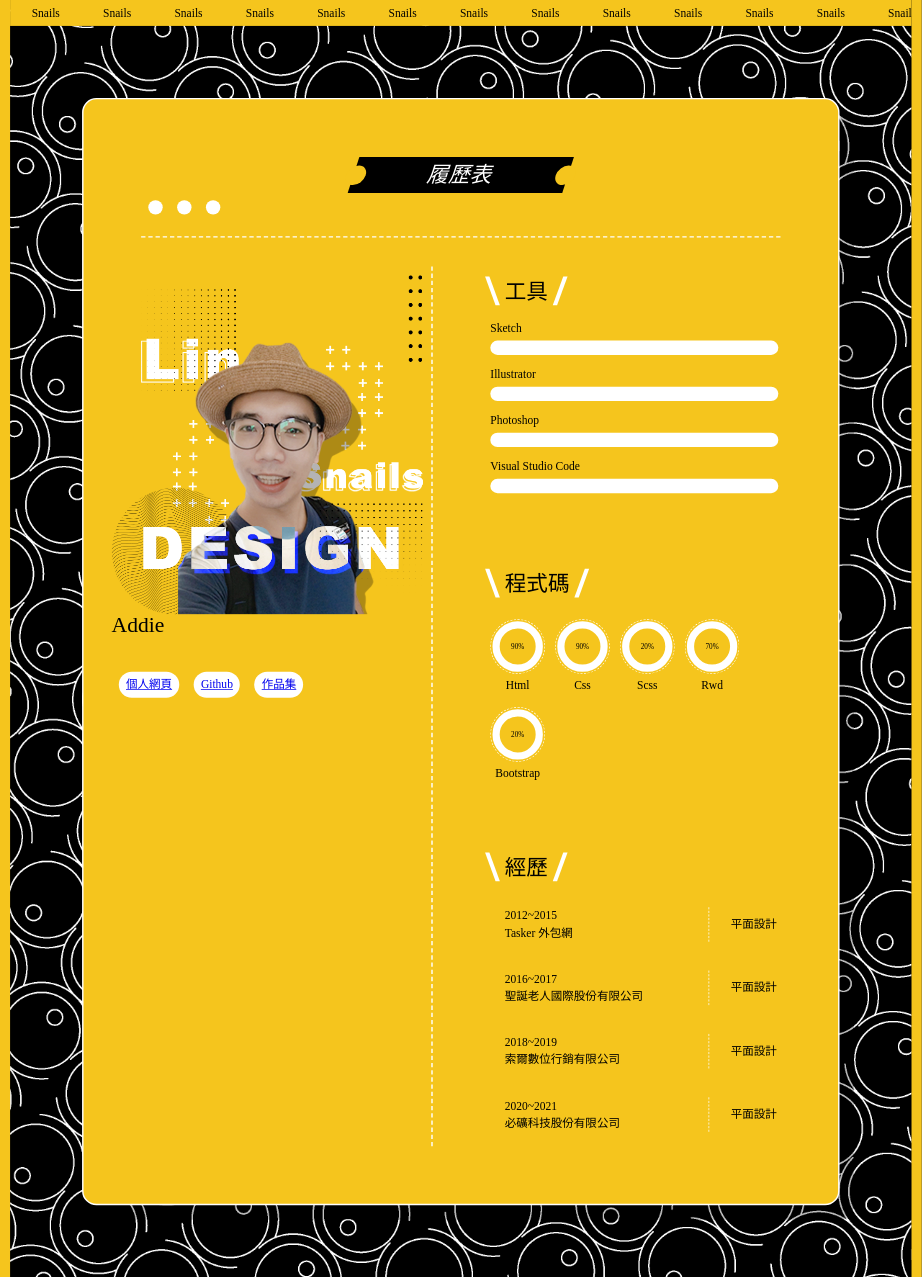
Repository: addie1988/resume
Page: index.html
An editor plug-in stored every save of this project. The page is shown before and after the next save, followed by the edit.
The browser window is 1280 px wide. The pictures show the whole page, at 72% of full size.

Above is the page before, as saved 2021-11-24 11:41:58.
Not found: js/style.js

After the next save:
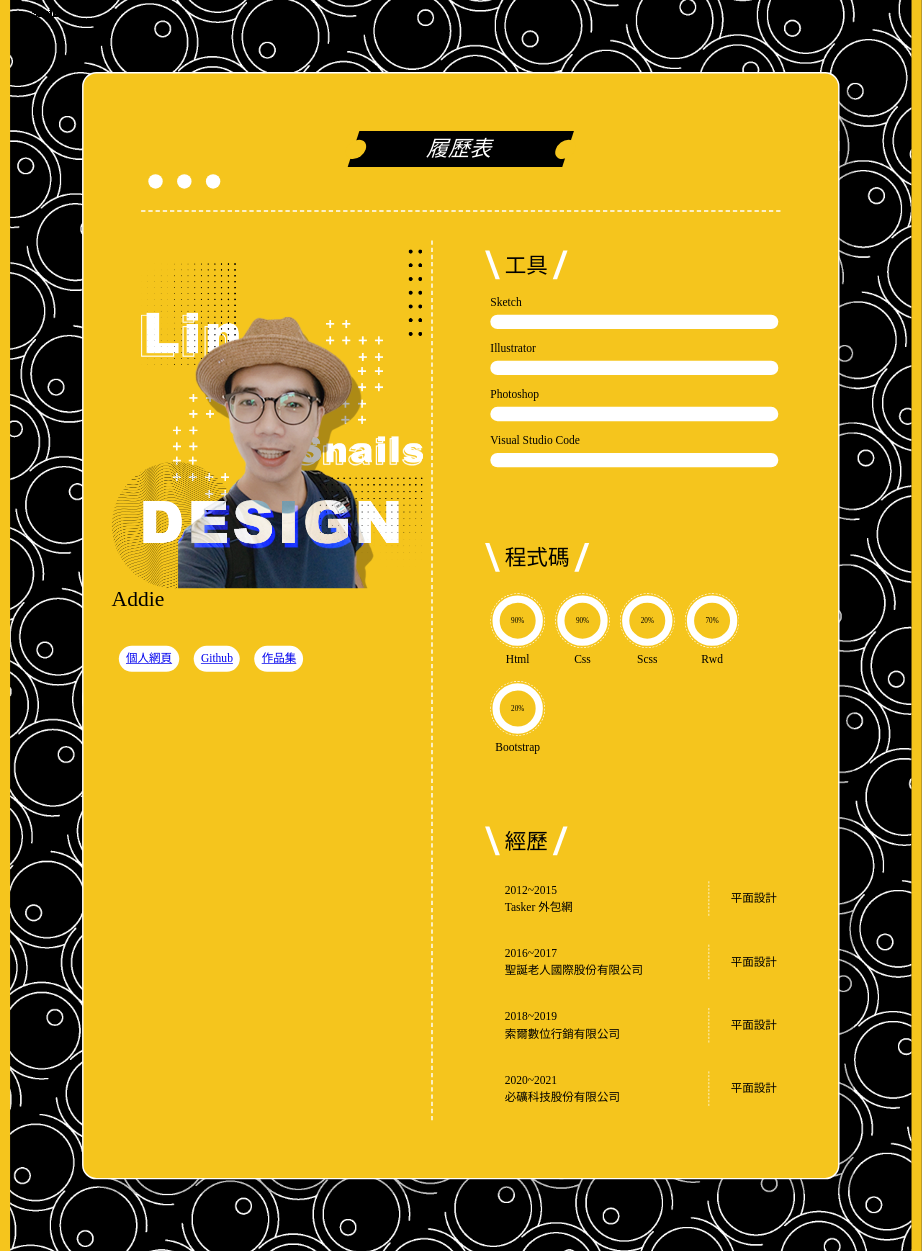
Not found: images/personal.png
Saved 55 s later.
--- a/css/style.css
+++ b/css/style.css
@@ -169,6 +169,16 @@
 .Carousel_content ul li {
     margin: 0 20px;
     padding: 10px;
+    position: var(--position);
+}
+
+.Carousel_content ul li {
+    content: "";
+    width: 37px;
+    height: 37px;
+    display: inline-block;
+    background: url(../images/personal.png);
+    position: absolute;
 }
 
 .personal_content {

After the save that followed:
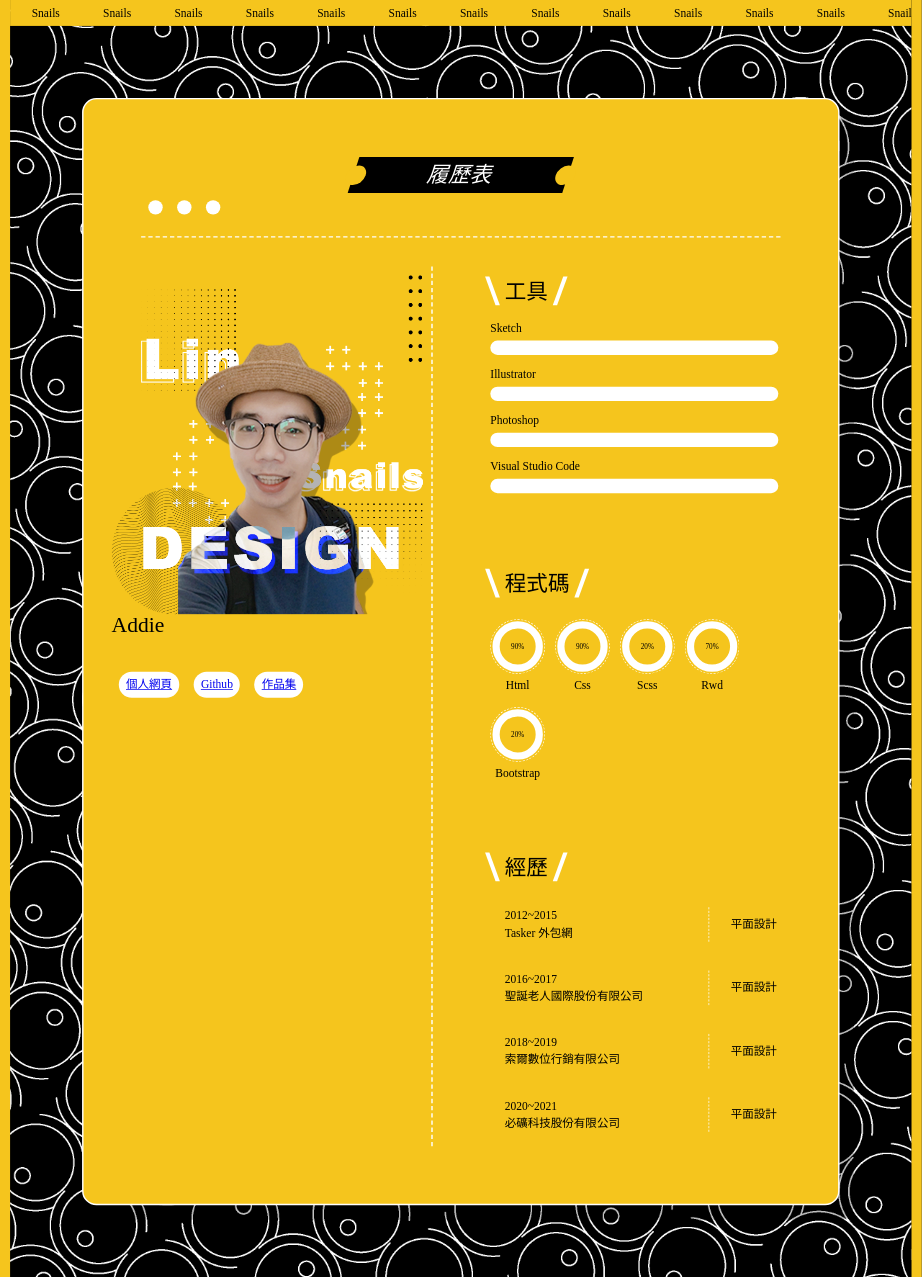
Saved 13 s later.
--- a/css/style.css
+++ b/css/style.css
@@ -172,7 +172,7 @@
     position: var(--position);
 }
 
-.Carousel_content ul li {
+.Carousel_content ul li::before {
     content: "";
     width: 37px;
     height: 37px;
